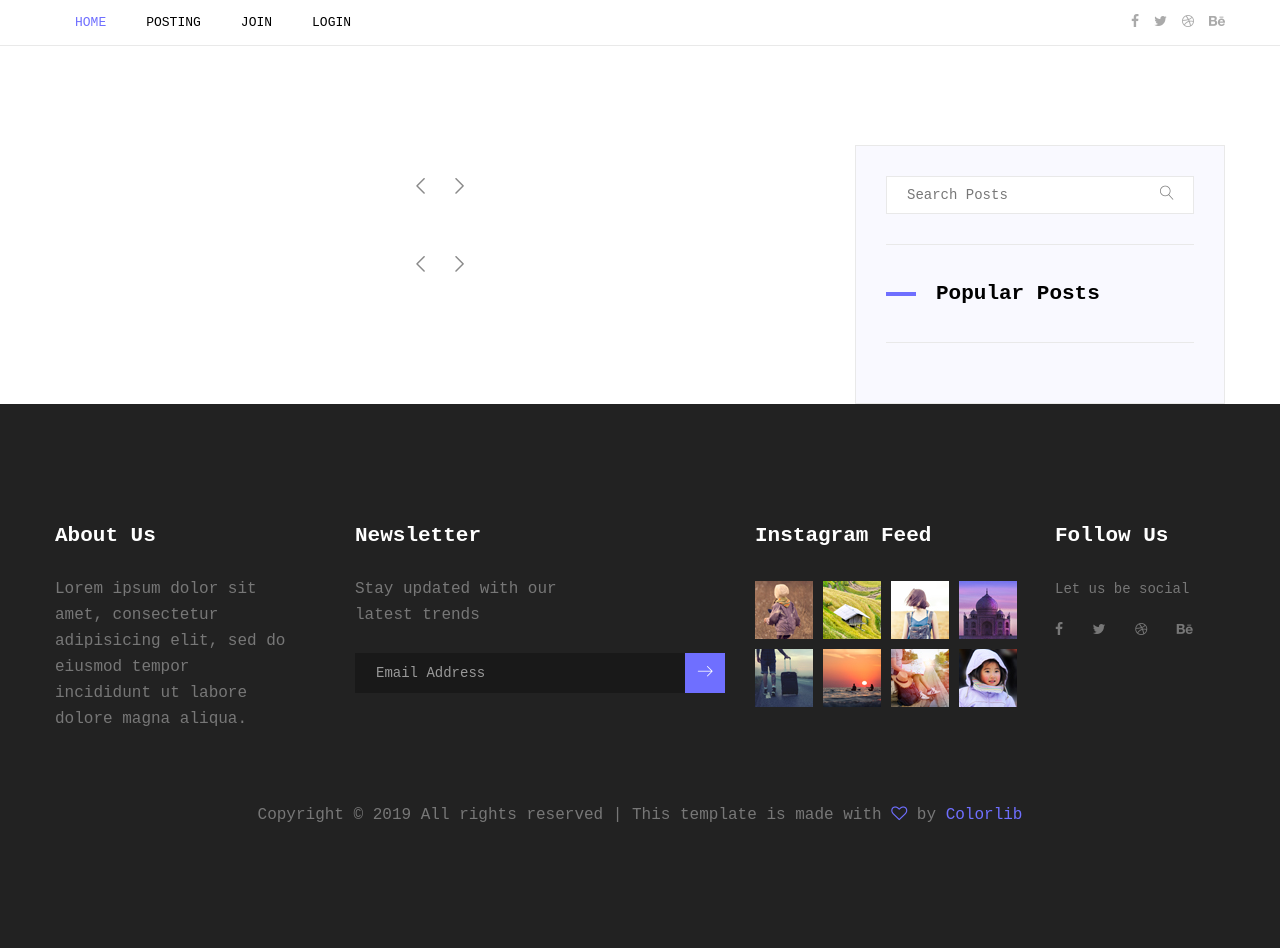
Repository: heonyKim/JSP
Page: http://localhost/blog/board?cmd=list&page=1
These files come from the project's save history. The page is drawn as it stood at one moment and after the next save; the edit follows.
The browser window is 1280 px wide. The pictures show the whole page.
Some web fonts or font styles are not loaded; a fallback is used. The page is served by Tomcat 9. Other server files are loaded and not shown. Queries for data that is not in the repository find no rows.

Above is the page before, as saved 2019-10-31 06:52:46.

### blog_project/blog/WebContent/board/list.jsp
<%@ page language="java" contentType="text/html; charset=UTF-8" pageEncoding="UTF-8"%>
<%@ taglib prefix="c" uri="http://java.sun.com/jsp/jstl/core"%>


<!-- import nav.jsp -->
<%@ include file="/include/nav.jsp"%>

<!--================Blog Area =================-->
<section class="blog_area">
	<div class="container">
		<div class="row">
			<div class="col-lg-8">
				<div class="blog_left_sidebar">


					<!-- 페이징 하기 -->
					<nav class="blog-pagination justify-content-center d-flex">
						<ul class="pagination">
							<li class="page-item"><a href="/blog/board?cmd=list&page=${param.page-1}" class="page-link" aria-label="Previous"> <span aria-hidden="true"> <span class="lnr lnr-chevron-left"></span>
								</span>
							</a></li>

							<li class="page-item"><a href="/blog/board?cmd=list&page=${param.page+1}" class="page-link" aria-label="Next"> <span aria-hidden="true"> <span class="lnr lnr-chevron-right"></span>
								</span>
							</a></li>
						</ul>
					</nav>
					<!-- 페이징 끝 -->

					<c:forEach var="board" items="${boards}">
						<!--시작-->
						<article class="blog_style1">
							<div class="blog_img">
								<img class="img-fluid" style="width: 100%; max-height: 340px;" src="${board.previewImg}" alt="">
							</div>
							<div class="blog_text">
								<div class="blog_text_inner">
									<div class="cat">
										<a class="cat_btn" href="#">${board.username }</a> <a href="#"><i class="fa fa-calendar" aria-hidden="true"></i> ${board.createDate }</a> <a href="#"><i class="fa fa-comments-o"
											aria-hidden="true"></i> ${board.readCount }</a>
									</div>
									<a href="#"><h4>${board.title}</h4></a>
									<div class="board_list_content">${board.content }</div>
									<a class="blog_btn" href="/blog/board?cmd=detail&id=${board.id}">Read More</a>
								</div>
							</div>
						</article>
						<!--끄읕 -->
					</c:forEach>


					<!-- 페이징 하기 -->
					<nav class="blog-pagination justify-content-center d-flex">
						<ul class="pagination">
							<li class="page-item"><a href="/blog/board?cmd=list&page=${param.page-1}" class="page-link" aria-label="Previous"> <span aria-hidden="true"> <span class="lnr lnr-chevron-left"></span>
								</span>
							</a></li>

							<li class="page-item"><a href="/blog/board?cmd=list&page=${param.page+1}" class="page-link" aria-label="Next"> <span aria-hidden="true"> <span class="lnr lnr-chevron-right"></span>
								</span>
							</a></li>
						</ul>
					</nav>
					<!-- 페이징 끝 -->

				</div>
			</div>
			<div class="col-lg-4">
				<div class="blog_right_sidebar">
					<aside class="single_sidebar_widget search_widget">
						<div class="input-group">
							<input type="text" class="form-control" placeholder="Search Posts"> <span class="input-group-btn">
								<button class="btn btn-default" type="button">
									<i class="lnr lnr-magnifier"></i>
								</button>
							</span>
						</div>
						<!-- /input-group -->
						<div class="br"></div>
					</aside>

					<aside class="single_sidebar_widget popular_post_widget">
						<h3 class="widget_title">Popular Posts</h3>


						<!-- 인기게시물 TOP3 -->
						<c:forEach var="board" items="${hotBoards}">

							<div class="media post_item">
								<img src="${board.previewImg}" width="100px" height="60px" alt="post">
								<div class="media-body">
									<a href="/blog/board?cmd=detail&id=${board.id}"><h3>${board.title }</h3></a>
									<p>${board.createDate}</p>
								</div>
							</div>

						</c:forEach>
						<!-- 인기게시물 TOP3 -->


						<div class="br"></div>
					</aside>
				</div>
			</div>
		</div>
	</div>
</section>


<!--================Blog Area =================-->

<!-- import footer.jsp -->
<%@ include file="/include/footer.jsp"%>

### blog_project/blog/WebContent/include/nav.jsp
<%@ page language="java" contentType="text/html; charset=UTF-8" pageEncoding="UTF-8"%>
<%@ taglib prefix="c" uri="http://java.sun.com/jsp/jstl/core"%>
<!doctype html>
<html lang="en">
<head>
<!-- Required meta tags -->
<meta charset="utf-8">
<meta name="viewport" content="width=device-width, initial-scale=1, shrink-to-fit=no">
<link rel="icon" href="/blog/img/favicon.png" type="image/png">
<title>Blog</title>
<!-- Bootstrap CSS -->
<link rel="stylesheet" href="/blog/css/bootstrap.css">
<link rel="stylesheet" href="/blog/vendors/linericon/style.css">
<link rel="stylesheet" href="/blog/css/font-awesome.min.css">
<link rel="stylesheet" href="/blog/vendors/owl-carousel/owl.carousel.min.css">
<link rel="stylesheet" href="/blog/vendors/lightbox/simpleLightbox.css">
<link rel="stylesheet" href="/blog/vendors/nice-select/css/nice-select.css">
<link rel="stylesheet" href="/blog/vendors/animate-css/animate.css">
<link rel="stylesheet" href="/blog/vendors/jquery-ui/jquery-ui.css">
<!-- main css -->
<link rel="stylesheet" href="/blog/css/style.css">
<link rel="stylesheet" href="/blog/css/responsive.css">
<style>
.board_list_content {
	display:block;
	display: -webkit-box;
	-webkit-box-orient: vertical;
	text-align: left;
	overflow: hidden;
	text-overflow: ellipsis;
	white-space: normal;
	line-height: 1.4;
	height : 2.6em;
	-webkit-line-clamp: 2;
	margin-bottom: 20px;
	word-break: break-all;
}
</style>
</head>
<body>

	<!--================Header Menu Area =================-->
	<header class="header_area">
		<div class="main_menu">
			<nav class="navbar navbar-expand-lg navbar-light">
				<div class="container box_1620">
					<!-- Brand and toggle get grouped for better mobile display -->
					<a class="navbar-brand logo_h" href="/blog/index.jsp"><img src="/blog/img/logo.png" alt=""></a>
					<button class="navbar-toggler" type="button" data-toggle="collapse" data-target="#navbarSupportedContent" aria-controls="navbarSupportedContent" aria-expanded="false"
						aria-label="Toggle navigation">
						<span class="icon-bar"></span> <span class="icon-bar"></span> <span class="icon-bar"></span>
					</button>
					<!-- Collect the nav links, forms, and other content for toggling -->
					<div class="collapse navbar-collapse offset" id="navbarSupportedContent">
						<ul class="nav navbar-nav menu_nav">
							<li class="nav-item active"><a class="nav-link" href="/blog/index.jsp">Home</a></li>
							<li class="nav-item"><a class="nav-link" href="/blog/board/write.jsp">Posting</a></li>




							<c:choose>
								<c:when test="${empty sessionScope.user}">
									<li class="nav-item"><a class="nav-link" href="/blog/user/join.jsp">Join</a></li>
									<li class="nav-item"><a class="nav-link" href="/blog/user/login.jsp">LOGIN</a></li>

								</c:when>
								<c:otherwise>
									<li class="nav-item"><a class="nav-link" href="/blog/user/update.jsp">PROFILE</a></li>
									<li class="nav-item"><a class="nav-link" href="/blog/user?cmd=logout">LOGOUT</a></li>
								</c:otherwise>
							</c:choose>



						</ul>
						<ul class="nav navbar-nav navbar-right header_social ml-auto">
							<li class="nav-item"><a href="#"><i class="fa fa-facebook"></i></a></li>
							<li class="nav-item"><a href="#"><i class="fa fa-twitter"></i></a></li>
							<li class="nav-item"><a href="#"><i class="fa fa-dribbble"></i></a></li>
							<li class="nav-item"><a href="#"><i class="fa fa-behance"></i></a></li>
						</ul>
					</div>
				</div>
			</nav>
		</div>

	</header>
	<!--================Header Menu Area =================-->

### blog_project/blog/WebContent/include/footer.jsp
<%@ page language="java" contentType="text/html; charset=UTF-8" pageEncoding="UTF-8"%>
<!DOCTYPE html>
<html>
<head>
<meta charset="UTF-8">
<title>Insert title here</title>
</head>
<body>
	<!--================ start footer Area  =================-->
	<footer class="footer-area p_120">
		<div class="container">
			<div class="row">
				<div class="col-lg-3  col-md-6 col-sm-6">
					<div class="single-footer-widget">
						<h6 class="footer_title">About Us</h6>
						<p>Lorem ipsum dolor sit amet, consectetur adipisicing elit, sed do eiusmod tempor incididunt ut labore dolore magna aliqua.</p>
					</div>
				</div>
				<div class="col-lg-4 col-md-6 col-sm-6">
					<div class="single-footer-widget">
						<h6 class="footer_title">Newsletter</h6>
						<p>Stay updated with our latest trends</p>
						<div id="mc_embed_signup">
							<form target="_blank" action="https://spondonit.us12.list-manage.com/subscribe/post?u=1462626880ade1ac87bd9c93a&amp;id=92a4423d01" method="get" class="subscribe_form relative">
								<div class="input-group d-flex flex-row">
									<input name="EMAIL" placeholder="Email Address" onfocus="this.placeholder = ''" onblur="this.placeholder = 'Email Address '" required="" type="email">
									<button class="btn sub-btn">
										<span class="lnr lnr-arrow-right"></span>
									</button>
								</div>
								<div class="mt-10 info"></div>
							</form>
						</div>
					</div>
				</div>
				<div class="col-lg-3 col-md-6 col-sm-6">
					<div class="single-footer-widget instafeed">
						<h6 class="footer_title">Instagram Feed</h6>
						<ul class="list instafeed d-flex flex-wrap">
							<li><img src="/blog/img/instagram/Image-01.jpg" alt=""></li>
							<li><img src="/blog/img/instagram/Image-02.jpg" alt=""></li>
							<li><img src="/blog/img/instagram/Image-03.jpg" alt=""></li>
							<li><img src="/blog/img/instagram/Image-04.jpg" alt=""></li>
							<li><img src="/blog/img/instagram/Image-05.jpg" alt=""></li>
							<li><img src="/blog/img/instagram/Image-06.jpg" alt=""></li>
							<li><img src="/blog/img/instagram/Image-07.jpg" alt=""></li>
							<li><img src="/blog/img/instagram/Image-08.jpg" alt=""></li>
						</ul>
					</div>
				</div>
				<div class="col-lg-2 col-md-6 col-sm-6">
					<div class="single-footer-widget f_social_wd">
						<h6 class="footer_title">Follow Us</h6>
						<p>Let us be social</p>
						<div class="f_social">
							<a href="#"><i class="fa fa-facebook"></i></a> <a href="#"><i class="fa fa-twitter"></i></a> <a href="#"><i class="fa fa-dribbble"></i></a> <a href="#"><i class="fa fa-behance"></i></a>
						</div>
					</div>
				</div>
			</div>
			<div class="row footer-bottom d-flex justify-content-between align-items-center">
				<p class="col-lg-12 footer-text text-center">
					<!-- Link back to Colorlib can't be removed. Template is licensed under CC BY 3.0. -->
					Copyright &copy;
					<script>
						document.write(new Date().getFullYear());
					</script>
					All rights reserved | This template is made with <i class="fa fa-heart-o" aria-hidden="true"></i> by <a href="https://colorlib.com" target="_blank">Colorlib</a>
					<!-- Link back to Colorlib can't be removed. Template is licensed under CC BY 3.0. -->
				</p>
			</div>
		</div>
	</footer>
	<!--================ End footer Area  =================-->




	<!-- Optional JavaScript -->
	<!-- jQuery first, then Popper.js, then Bootstrap JS -->
	<script src="/blog/js/jquery-3.2.1.min.js"></script>
	<script src="/blog/js/popper.js"></script>
	<script src="/blog/js/bootstrap.min.js"></script>
	<script src="/blog/js/stellar.js"></script>
	<script src="/blog/vendors/lightbox/simpleLightbox.min.js"></script>
	<script src="/blog/vendors/nice-select/js/jquery.nice-select.min.js"></script>
	<script src="/blog/vendors/isotope/imagesloaded.pkgd.min.js"></script>
	<script src="/blog/vendors/isotope/isotope-min.js"></script>
	<script src="/blog/vendors/owl-carousel/owl.carousel.min.js"></script>
	<script src="/blog/vendors/jquery-ui/jquery-ui.js"></script>
	<script src="/blog/js/jquery.ajaxchimp.min.js"></script>
	<script src="/blog/js/mail-script.js"></script>
	<script src="/blog/js/theme.js"></script>
	<script src=""></script>
	<script src=""></script>
</body>
</html>

### blog_project/blog/src/com/cos/controller/BoardController.java
package com.cos.controller;

import java.io.IOException;

import javax.servlet.ServletException;
import javax.servlet.annotation.WebServlet;
import javax.servlet.http.HttpServlet;
import javax.servlet.http.HttpServletRequest;
import javax.servlet.http.HttpServletResponse;

import com.cos.action.Action;
import com.cos.action.board.BoardFactory;
import com.cos.action.user.UserFactory;

/*
 *  http://localhost:8000/blog/board?cmd=list
 */

@WebServlet("/board")
public class BoardController extends HttpServlet {
	private static final long serialVersionUID = 1L;

    public BoardController() { super();}

	protected void doGet(HttpServletRequest request, HttpServletResponse response) throws ServletException, IOException {
		//1. 들어오는 모든 문자를 UTF-8로 인코딩
		request.setCharacterEncoding("UTF-8");
		//2. command 처리
		String cmd = request.getParameter("cmd");
		//3. command 검증
		if(cmd == null || cmd.equals("")) {
			cmd = "list";
		}
		//4. Factory 연결
		Action action = BoardFactory.getAction(cmd);
		//5. execute 실행
		if(action != null) {
			action.execute(request, response);
		}
	}


	protected void doPost(HttpServletRequest request, HttpServletResponse response) throws ServletException, IOException {
		doGet(request, response);
	}
}

### blog_project/blog/src/com/cos/action/board/BoardFactory.java
package com.cos.action.board;

import com.cos.action.Action;
import com.cos.action.BoardWriteAction;

public class BoardFactory {
	public static Action getAction(String cmd) {

		if(cmd.equals("write")){
			return new BoardWriteAction();
		}else if(cmd.equals("list")){
			return new BoardListAction();
		}else if(cmd.equals("detail")) {
			return new BoardDetailAction();
		}else if(cmd.equals("delete")) {
			return new BoardDeleteAction();
		}else if(cmd.equals("updateForm")) {
			return new BoardUpdateFormAction();
		}else if(cmd.equals("updateBoard")) {
			return new BoardUpdateBoard();
		}

		return null;
	}
}

### blog_project/blog/src/com/cos/action/Action.java
package com.cos.action;

import java.io.IOException;
import javax.servlet.ServletException;
import javax.servlet.http.HttpServletRequest;
import javax.servlet.http.HttpServletResponse;

public interface Action {
	public void execute(HttpServletRequest request, HttpServletResponse response) throws ServletException, IOException;
}

### blog_project/blog/src/com/cos/action/board/BoardListAction.java
package com.cos.action.board;

import java.io.IOException;
import java.util.ArrayList;
import java.util.List;

import javax.servlet.RequestDispatcher;
import javax.servlet.ServletException;
import javax.servlet.http.HttpServletRequest;
import javax.servlet.http.HttpServletResponse;

import com.cos.action.Action;
import com.cos.dao.BoardDao;
import com.cos.model.Board;
import com.cos.util.Utils;

public class BoardListAction implements Action{

	private final static String TAG="BoardListAction : ";

	@Override
	public void execute(HttpServletRequest request, HttpServletResponse response) throws ServletException, IOException {

		if(request.getParameter("page")==null) return;

		int page = Integer.parseInt(request.getParameter("page"));


		//page<=0 혹은 page>maxNum 버튼 비활성화

		if(page <=0) {
			page = 1;
		}

		BoardDao bDao = new BoardDao();
		List<Board> boards = bDao.findAll(page);
		List<Board> hotBoards = bDao.findOrderByReadCountDesc();

		Utils.setPreviewImg(boards);		//이미지를 previewImg에 저장
		Utils.setPreviewContent(boards);	//이미지 태그 제거
		Utils.setPreviewImg(hotBoards);		//이미지를 prviewImg에 저장(추가)

		request.setAttribute("boards", boards);
		request.setAttribute("hotBoards", hotBoards);

		RequestDispatcher dis =request.getRequestDispatcher("/board/list.jsp");
		dis.forward(request, response);
	}

}

### blog_project/blog/src/com/cos/dao/DBConn.java
package com.cos.dao;

import java.sql.Connection;

import javax.naming.Context;
import javax.naming.InitialContext;
import javax.sql.DataSource;

public class DBConn {
	public static Connection getConnection() {


		try {
			Context initContext = new InitialContext();
			Context envContext  = (Context)initContext.lookup("java:/comp/env");
			DataSource ds = (DataSource)envContext.lookup("jdbc/TestDB");
			Connection conn = ds.getConnection();
			System.out.println("DB 연결성공");
			return conn;
		} catch (Exception e) {
			System.out.println("DB 연결실패");
			e.printStackTrace();
		}
		return null;

	}
}

### blog_project/blog/src/com/cos/util/DBClose.java
package com.cos.util;

import java.sql.Connection;
import java.sql.PreparedStatement;
import java.sql.ResultSet;
import java.sql.SQLException;

public class DBClose {

	/*
	 * DML(INSERT,UPDATE,DELETE) CLOSE
	 */
	public static void close(Connection conn, PreparedStatement pstmt) {
		try {
			conn.close();
			pstmt.close();
		} catch (SQLException e) {
			e.printStackTrace();
		}
	}



	/*
	 * DQL(SELECT) CLOSE
	 */
	public static void close(Connection conn, PreparedStatement pstmt, ResultSet rs) {
		try {
			conn.close();
			pstmt.close();
			rs.close();
		} catch (SQLException e) {
			e.printStackTrace();
		}
	}



}

### blog_project/blog/src/com/cos/util/Utils.java
package com.cos.util;

import java.util.List;

import org.jsoup.Jsoup;
import org.jsoup.nodes.Document;
import org.jsoup.nodes.Element;
import org.jsoup.select.Elements;
import org.junit.jupiter.api.Test;

import com.cos.model.Board;

public class Utils {

	// 미리보기 내용을 세팅하기
	public static void setPreviewContent(List<Board> boards) {

		for (Board board : boards) {

			Document doc = Jsoup.parse(board.getContent()); // 원하는 String을 HTML 형식으로 문서화
			Elements ets = doc.select("img");

			if (ets != null) {
				for (Element et : ets) {
					et.remove();
				}
			}
			board.setContent(doc.toString());
		}

	}

	// 미리보기 이미지 세팅하기

	public static void setPreviewImg(List<Board> boards) {

		for (Board board : boards) {

			Document doc = Jsoup.parse(board.getContent());

			Element uet = doc.selectFirst("a");
			Element et = doc.selectFirst("img");

			if (et != null) {

				String previewImg = et.attr("src"); // https://~

				board.setPreviewImg(previewImg);

			} else if (uet != null) {
				String href = uet.attr("href");
				if (href.contains("https://www.youtube.com/watch")) {
					String video[] = href.split("=");
					String v = video[1];
					String youtubeThumbnail = "https://img.youtube.com/vi/" + v + "/hqdefault.jpg";
					board.setPreviewImg(youtubeThumbnail);
				}

			} else {
				board.setPreviewImg("/blog/img/home-blog/blog-1.jpg");
			}
		}

	}

	// 유튜브 미리보기화면 세팅하기
	public static void setPreviewYoutube(Board board) {

		Document doc = Jsoup.parse(board.getContent());
//		System.out.println(doc);
		Elements ets = doc.select("a");

		if (ets != null) {
			for (Element et : ets) {
				String href = et.attr("href");
//				System.out.println("href : " + href);
				if (href.contains("https://www.youtube.com/watch") && !et.text().equals("")) {
					String video[] = href.split("=");
					String v = video[1];
//					System.out.println(v);

					String iframe = "<br><iframe src = 'https://www.youtube.com/embed/" + v + "' "
							+ "width='600px' height='350px' allowfullscreen>";
//					System.out.println(iframe);

					et.after(iframe);
//					System.out.println(et.after(doc));

				}
				board.setContent(doc.toString());// board 완성
			}
		} // end of if

	}// end of function

	@Test
	public void previewYoutubeTest() {

		String content = "<a href = 'https://www.youtube.com/watch?v=ysAnT3QBLZE'>https://www.youtube.com/watch?v=ysAnT3QBLZE</a>";
		Document doc = Jsoup.parse(content);
//		System.out.println(doc);
		Elements ets = doc.select("a");

		if (ets != null) {
			for (Element et : ets) {
				String href = et.attr("href");

				System.out.println(et.text());

//				System.out.println("href : " + href);
				if (href.contains("https://" + "www.youtube.com/watch")) {
					String video[] = href.split("=");
					String v = video[1];
//					System.out.println(v);
					String iframe = "<br><iframe src = 'https://www.youtube.com/embed/" + v + "' "
							+ "width='600px' height='350px' allowfullscreen>";
//					System.out.println(iframe);
					et.after(iframe);
					System.out.println("");
					System.out.println(doc.toString());
				}

			}
		} // end of if

	}// end of function

}

Loaded but not shown: blog_project/blog/WebContent/css/bootstrap.css (library); blog_project/blog/WebContent/vendors/linericon/style.css (library); blog_project/blog/WebContent/css/font-awesome.min.css (library); blog_project/blog/WebContent/vendors/owl-carousel/owl.carousel.min.css (common file); blog_project/blog/WebContent/vendors/lightbox/simpleLightbox.css (library); blog_project/blog/WebContent/vendors/nice-select/css/nice-select.css (library); blog_project/blog/WebContent/vendors/animate-css/animate.css (library); blog_project/blog/WebContent/vendors/jquery-ui/jquery-ui.css (library); blog_project/blog/WebContent/js/jquery-3.2.1.min.js (library); blog_project/blog/WebContent/js/popper.js (library); blog_project/blog/WebContent/js/bootstrap.min.js (library); blog_project/blog/WebContent/js/stellar.js (library); blog_project/blog/WebContent/vendors/lightbox/simpleLightbox.min.js (library); blog_project/blog/WebContent/vendors/nice-select/js/jquery.nice-select.min.js (common file); blog_project/blog/WebContent/vendors/isotope/imagesloaded.pkgd.min.js (library); blog_project/blog/WebContent/vendors/isotope/isotope-min.js (library); blog_project/blog/WebContent/vendors/owl-carousel/owl.carousel.min.js (library); blog_project/blog/WebContent/vendors/jquery-ui/jquery-ui.js (library); blog_project/blog/WebContent/js/jquery.ajaxchimp.min.js (library); blog_project/blog/WebContent/js/theme.js (283 lines, source omitted); blog_project/blog/WebContent/js/mail-script.js (31 lines, source omitted); blog_project/blog/WebContent/css/style.css (3905 lines, source omitted); blog_project/blog/WebContent/css/responsive.css (373 lines, source omitted); blog_project/blog/src/com/cos/dao/BoardDao.java (222 lines, source omitted)

After the next save:
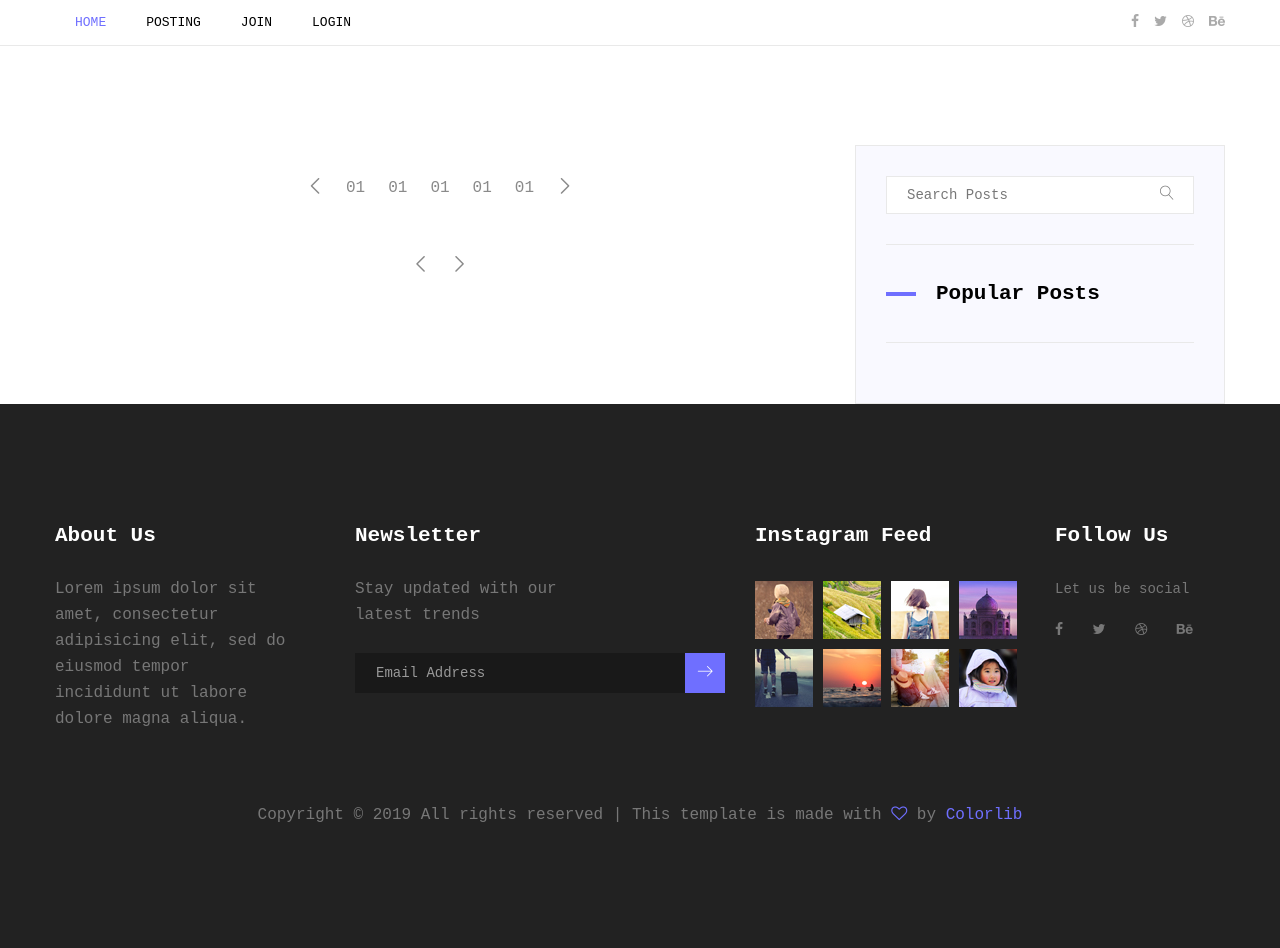
Saved 17 h 16 min later.
--- a/blog_project/blog/WebContent/board/list.jsp
+++ b/blog_project/blog/WebContent/board/list.jsp
@@ -19,6 +19,13 @@
 							<li class="page-item"><a href="/blog/board?cmd=list&page=${param.page-1}" class="page-link" aria-label="Previous"> <span aria-hidden="true"> <span class="lnr lnr-chevron-left"></span>
 								</span>
 							</a></li>
+
+						<li class="page-item"><a href="#" class="page-link">01</a></li>
+						<li class="page-item"><a href="#" class="page-link">01</a></li>
+						<li class="page-item"><a href="#" class="page-link">01</a></li>
+						<li class="page-item"><a href="#" class="page-link">01</a></li>
+						<li class="page-item"><a href="#" class="page-link">01</a></li>
+
 
 							<li class="page-item"><a href="/blog/board?cmd=list&page=${param.page+1}" class="page-link" aria-label="Next"> <span aria-hidden="true"> <span class="lnr lnr-chevron-right"></span>
 								</span>
